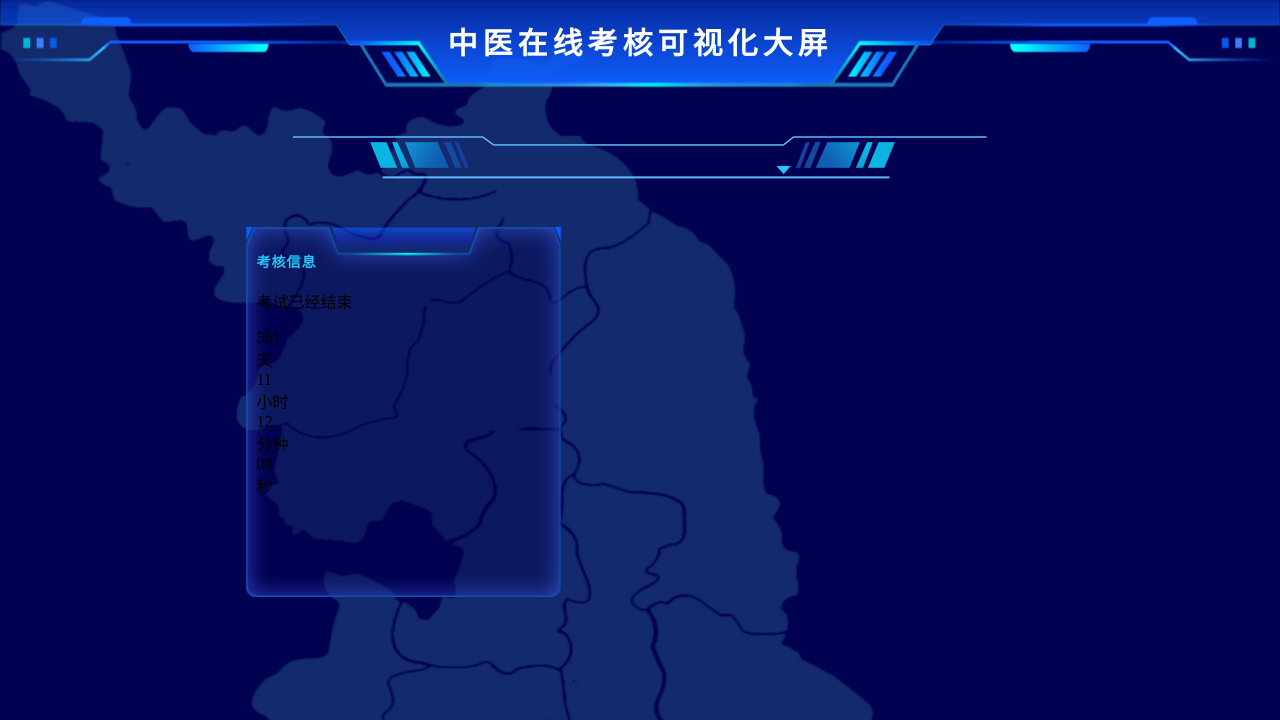
Repository: krislorem/medicine-online-datascreen-vue
Page: /
The author's editor kept a copy of each file at every save. The page is drawn from the files as they stood at one save, then again after the next save.
The browser window is 1280 px wide. The pictures show the whole page.
The project was rebuilt for these pictures with package versions that can differ from the ones it lists, and the page was loaded fresh each time. Also part of the build but not shown: vite.config.ts.

Above is the page before, as saved 2024-12-04 11:50:51.
Console error (its wording comes from the project's code and is left out).

### src/main.ts
import './assets/main.css'

import { createApp } from 'vue'
import { createPinia } from 'pinia'
import ElementPlus from 'element-plus'
import 'element-plus/dist/index.css'
import App from './App.vue'
import router from './router'

const app = createApp(App)

app.use(createPinia())
app.use(router)
app.use(ElementPlus)
app.mount('#app')

### src/assets/main.css
body, html {
  width: 100%;
  height: 100%;
  overflow: hidden;
  margin: 0;
  padding: 0;
  width: 100vw;
  height: 100vh
}

#app {
  width: 100%;
  height: 100%
}

### src/App.vue
<template>
  <div>
    <RouterView></RouterView>
  </div>
</template>

<script setup lang="ts">

</script>

<style scoped>
</style>

### src/views/HomeView.vue
<template>
  <div class="home">
    <nav>
      <h1>中医在线考核可视化大屏</h1>
    </nav>
    <div id="mid-bar">
      <select id="info"></select>
    </div>
    <div id="all-info">
      <div id="left">
        <div class="item item-1">
          <p class="top-name"><span>考核信息</span></p>
          <p class="time-title"><span>考试已经结束</span></p>
          <div class="time-container">
            <div class="time-box" style=";"><span class="time-num">561</span></div>
            <div class="time-box" style=";"><span class="time-num">天</span></div>
            <div class="time-box" style=";"><span class="time-num">11</span></div>
            <div class="time-box" style=";"><span class="time-num">小时</span></div>
            <div class="time-box" style=";"><span class="time-num">12</span></div>
            <div class="time-box" style=";"><span class="time-num">分钟</span></div>
            <div class="time-box" style=";"><span class="time-num">08</span></div>
            <div class="time-box" style=";"><span class="time-num">秒</span></div>
          </div>
        </div>
      </div>
      <div id="right"></div>
    </div>
  </div>
</template>

<style scoped>
body {
  font-family: Helvetica Neue, Helvetica, PingFang SC, Hiragino Sans GB, Microsoft YaHei, "\5FAE\8F6F\96C5\9ED1", Arial, sans-serif;
  font-size: 12px;
  line-height: 1.5;
  color: #515a6e;
  background-color: #fff;
  -webkit-font-smoothing: antialiased;
  -moz-osx-font-smoothing: grayscale;
}

.home {
  background: #010152 url(/ditu.png) 50% no-repeat;
  background-size: 100% 100%;
}

.home nav {
  background-image: url(/dingbu.png);
  background-size: 100% 100%;
  background-repeat: no-repeat;
  overflow: hidden;
  display: -webkit-box;
  display: -ms-flexbox;
  display: flex;
  -webkit-box-align: center;
  -ms-flex-align: center;
  align-items: center;
}

.home nav h1 {
  font-size: 30px;
  font-family: PingFangSC-Semibold, PingFang SC;
  font-weight: 600;
  color: #fff;
  line-height: 58px;
  letter-spacing: 5px;
  margin: 15px auto;
}

.home #mid-bar {
  width: 694px;
  height: 43px;
  background: url(/nav.png) no-repeat;
  margin: 48px auto 36px;
  padding-top: 12px;
  display: -webkit-box;
  display: -ms-flexbox;
  display: flex;
  -webkit-box-pack: center;
  -ms-flex-pack: center;
  justify-content: center;
  -webkit-box-align: center;
  -ms-flex-align: center;
  align-items: center;
}

.home #mid-bar #info {
  appearance: none;
  -moz-appearance: none;
  -webkit-appearance: none;
  background: transparent url('/jiantou.png') no-repeat scroll 100%;
  width: 302px;
  height: 22px;
  font-size: 16px;
  text-align: center;
  font-family: PingFangSC-Semibold, PingFang SC;
  font-weight: 600;
  color: #26c5fb;
  line-height: 22px;
  letter-spacing: 2px;
  border: none;
}

#all-info {
  width: 100%;
  height: 796px;
  margin: 20px auto;
  display: -webkit-box;
  display: -ms-flexbox;
  display: flex;
  -ms-flex-pack: distribute;
  justify-content: space-around;
}

#all-info #left {
  width: 23%;
  height: 100%;
}

#all-info #left .item-1 {
  margin-bottom: 20px;
}

#all-info #left .item {
  height: 44%;
  width: 100%;
  padding: 10px;
  background-image: url(/kuang2.png);
  background-size: 100% 100%;
}

#all-info #left .item .top-name>span {
  width: 64px;
  height: 20px;
  font-size: 14px;
  font-family: PingFangSC-Semibold, PingFang SC;
  font-weight: 600;
  color: #26c5fb;
  line-height: 20px;
  letter-spacing: 1px;
}
</style>
<script setup lang="ts">
import * as echarts from 'echarts';
import { onMounted } from 'vue'
const labelOption = {
  show: true,
  position: 'insideBottom',
  distance: 15,
  align: 'left',
  verticalAlign: 'middle',
  rotate: 90,
  formatter: '{c}  {name|{a}}',
  fontSize: 16,
  rich: {
    name: {}
  }
};
const option = {
  tooltip: {
    trigger: 'axis',
    axisPointer: {
      type: 'shadow'
    }
  },
  legend: {
    data: ['Forest', 'Steppe', 'Desert', 'Wetland']
  },
  xAxis: [
    {
      type: 'category',
      axisTick: { show: false },
      data: ['2012', '2013', '2014', '2015', '2016']
    }
  ],
  yAxis: [
    {
      type: 'value'
    }
  ],
  series: [
    {
      name: 'Forest',
      type: 'bar',
      barGap: 0,
      label: labelOption,
      emphasis: {
        focus: 'series'
      },
      data: [320, 332, 301, 334, 390]
    },
    {
      name: 'Steppe',
      type: 'bar',
      label: labelOption,
      emphasis: {
        focus: 'series'
      },
      data: [220, 182, 191, 234, 290]
    },
    {
      name: 'Desert',
      type: 'bar',
      label: labelOption,
      emphasis: {
        focus: 'series'
      },
      data: [150, 232, 201, 154, 190]
    },
    {
      name: 'Wetland',
      type: 'bar',
      label: labelOption,
      emphasis: {
        focus: 'series'
      },
      data: [98, 77, 101, 99, 40]
    }
  ]
};
onMounted(() => {
  let chartDom = document.getElementById('m');
  let myChart = echarts.init(chartDom);
  option && myChart.setOption(option);
})


</script>

Loaded but not shown: index.html (common file); src/router/index.ts (common file)

After the next save:
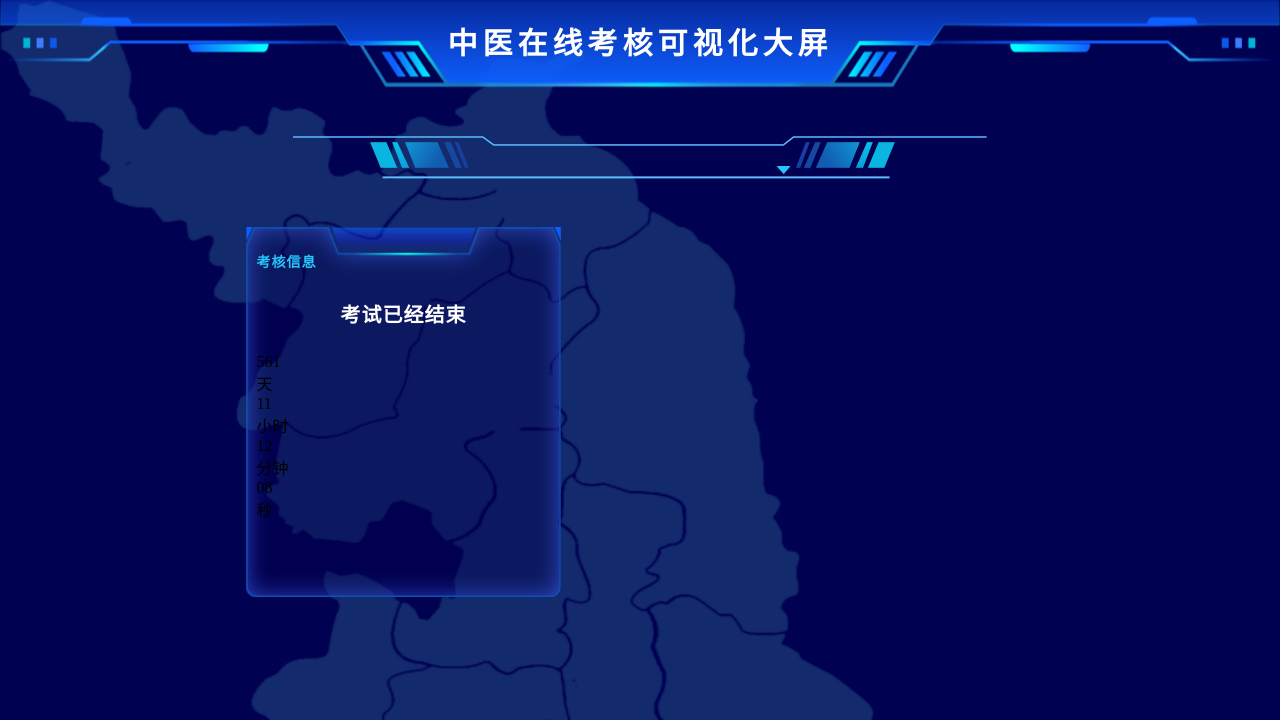
Saved 9 s later.
--- a/src/views/HomeView.vue
+++ b/src/views/HomeView.vue
@@ -139,6 +139,17 @@ body {
   line-height: 20px;
   letter-spacing: 1px;
 }
+
+#all-info #left .item-1 .time-title {
+  text-align: center;
+  font-size: 20px;
+  font-family: PingFangSC-Semibold, PingFang SC;
+  font-weight: 600;
+  color: #fff;
+  line-height: 20px;
+  letter-spacing: 1px;
+  margin: 32px auto 28px;
+}
 </style>
 <script setup lang="ts">
 import * as echarts from 'echarts';
